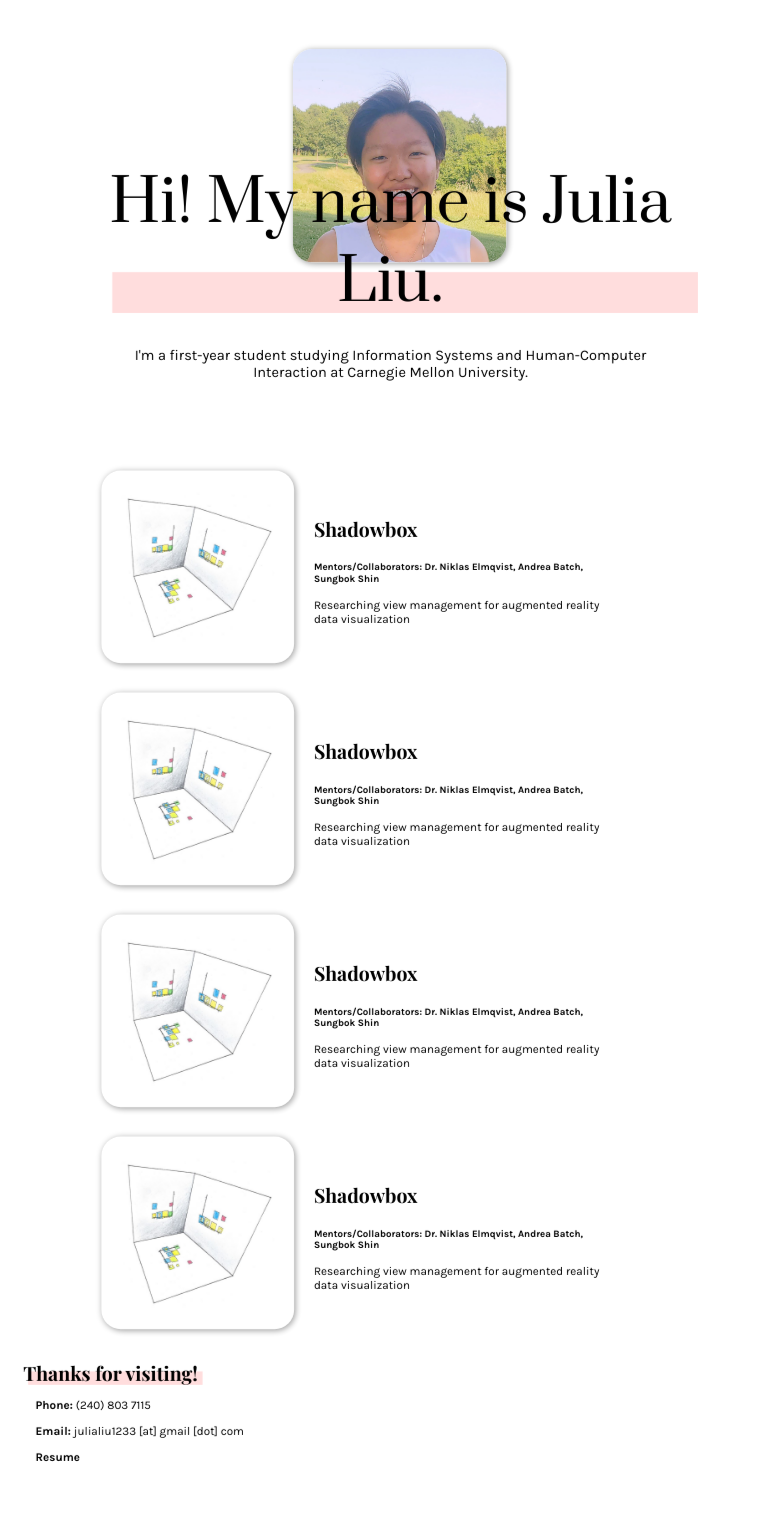
Repository: liu-julia/liu-julia.github.io
Page: index.html
The author's editor kept a copy of each file at every save. The page is drawn from the files as they stood at one save, then again after the next save.
The browser window is 1280 px wide. The pictures show the whole page, at 61% of full size.

Above is the page before, as saved 2022-04-28 11:35:07.

After the next save:
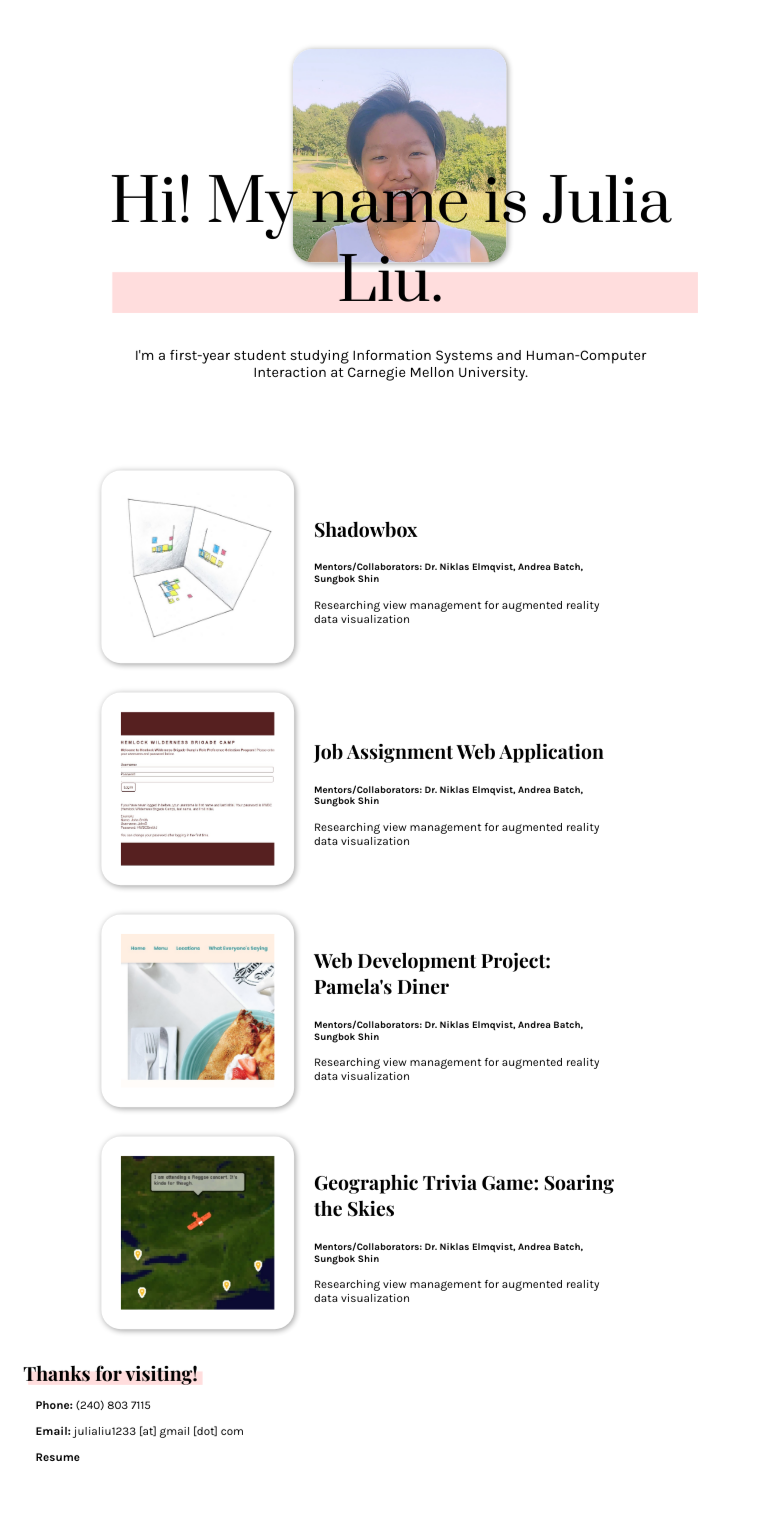
Saved 34 min 34 s later.
--- a/index.html
+++ b/index.html
@@ -37,25 +37,25 @@
             </div>
         </div>
         <div class="project">
-            <img src="images/shadowbox.jpg" alt="Shadowbox">
+            <img src="images/camp.jpg" alt="Hemlock Wilderness Brigade Camp website">
             <div class="project-text">
-                <h3>Shadowbox</h3>
+                <h3>Job Assignment Web Application</h3>
                 <h4>Mentors/Collaborators: Dr. Niklas Elmqvist, Andrea Batch, Sungbok Shin</h4>
                 <p>Researching view management for augmented reality data visualization</p>
             </div>
         </div>
         <div class="project">
-            <img src="images/shadowbox.jpg" alt="Shadowbox">
+            <img src="images/pamelas1.jpg" alt="Pamela's Diner website">
             <div class="project-text">
-                <h3>Shadowbox</h3>
+                <h3>Web Development Project: Pamela's Diner</h3>
                 <h4>Mentors/Collaborators: Dr. Niklas Elmqvist, Andrea Batch, Sungbok Shin</h4>
                 <p>Researching view management for augmented reality data visualization</p>
             </div>
         </div>
         <div class="project">
-            <img src="images/shadowbox.jpg" alt="Shadowbox">
+            <img src="images/soaringtheskies.jpg" alt="Soaring the Skies - 2D airplane game">
             <div class="project-text">
-                <h3>Shadowbox</h3>
+                <h3>Geographic Trivia Game: Soaring the Skies</h3>
                 <h4>Mentors/Collaborators: Dr. Niklas Elmqvist, Andrea Batch, Sungbok Shin</h4>
                 <p>Researching view management for augmented reality data visualization</p>
             </div>
